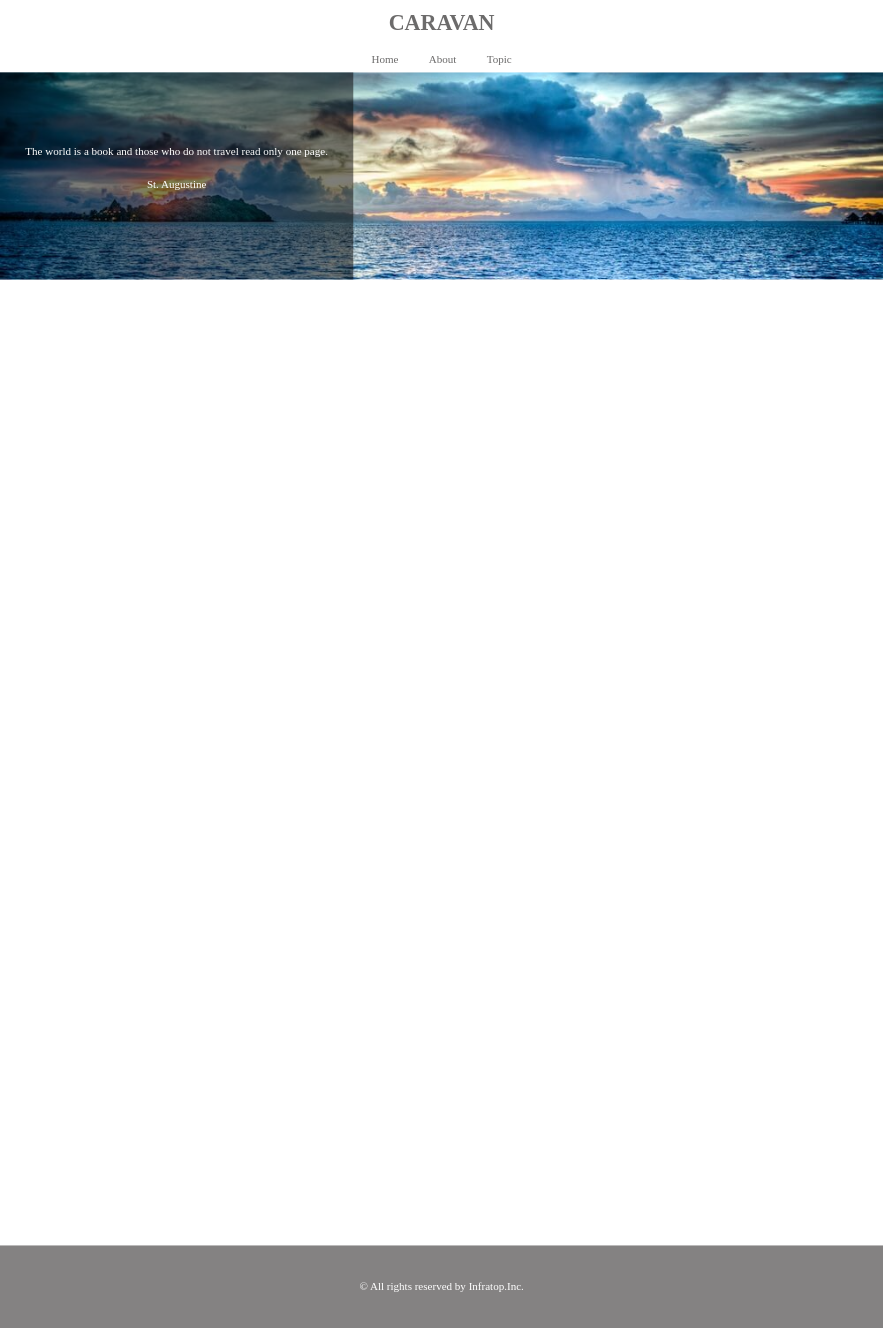
Repository: ayakodesu/html-practice
Page: caravan/index.html
The author's editor kept a record of every edit. The page is drawn from the files as they stood at one moment, then again after the next edit.
The browser window is 1280 px wide. The pictures show the whole page, at 69% of full size.

Above is the page before.

### caravan/index.html
<!DOCTYPE html>
<html lang="ja">
  <head>
    <meta charset="UTF-8" />
    <link rel="stylesheet" href="style.css" />
    <title>CARAVAN</title>
  </head>

  <body>

    <header>
      <h1 class="heading">
        <a href="index.html">
          CARAVAN
        </a>
      </h1>
    </header>

    <nav>
      <ul class="nav-list">
        <li class="nav-list-item">
          <a href="index.html">Home</a>
        </li>
        <li class="nav-list-item">About</li>
        <li class="nav-list-item">Topic</li>
      </ul>
    </nav>


    <div class="main-visual">
      <div class="main-visual-content">
        <p class="main-visual-text">
          The world is a book and those who do not travel read only one page.
        </p>
        <p class="main-visual-name">
          St. Augustine
        </p>
        </div>
    </div>

    <div class="main">
      <div class="blog"></div>
      <div class="sidebar"></div>
    </div>

    <footer>
      <p class="footer-text">© All rights reserved by Infratop.Inc.</p>
    </footer>
  </body>
</html>

### caravan/style.css
/* ブラウザがそれぞれ持っているCSSをリセットするための記述*/
 * {
  margin: 0;
  padding: 0;
  box-sizing: border-box;
  color: #6c6b6b;
}

a {
  text-decoration: none;
}

header {
  width: 90%; /* 横幅90% */
  padding: 15px 0;
  margin: 0 auto;
  text-align: center;
}

header .heading { /* headerタグ内のheadingクラスにのみ反映される */
  font-size: 32px;
}

.nav-list {
  text-align: center;
  padding: 10px 0;
  margin: 0 auto;
}

.nav-list-item {
  list-style: none;
  display: inline-block;
  margin: 0 20px;
}

.main-visual {
  width: 100%; /* 横幅いっぱい */
  height: 300px; /* 高さ300px */
   background-image: url(img/mv.jpg);
   background-size: cover;
   background-position: center;
}

.main-visual-content {
  width: 40%;
  height: 300px;
  background-color: rgba( 0, 0, 0, 0.5);
  text-align: center;
  padding-top: 105px;
}

.main-visual-text {
  color: #fff; /* 文字色を白に変更 */
}

.main-visual-name {
  margin-top: 30px; /* 上側の外側の余白 */
  color: #fff; /* 文字色を白に変更 */
}

.main {
  width: 840px; /* 横幅840px */
  display: flex; /* Flexboxの利用 */
  justify-content: center; /* 要素の横並び・中央寄せ */
  margin: 0 auto; /* 中央寄せ（左右に余白がないとできない） */
}

.blog {
  width: 600px; /* 横幅600px */
  height: 1400px; /* 高さ1400px */
}

.sidebar {
  width: 240px; /* 横幅240px */
  height: 1400px; /* 高さ1400px */
}

footer {
  width: 100%;
  height: 120px;
  text-align: center;
  line-height: 120px;
  background-color: #848282;
}

.footer-text {
  color: #fff;
}

After the next edit:
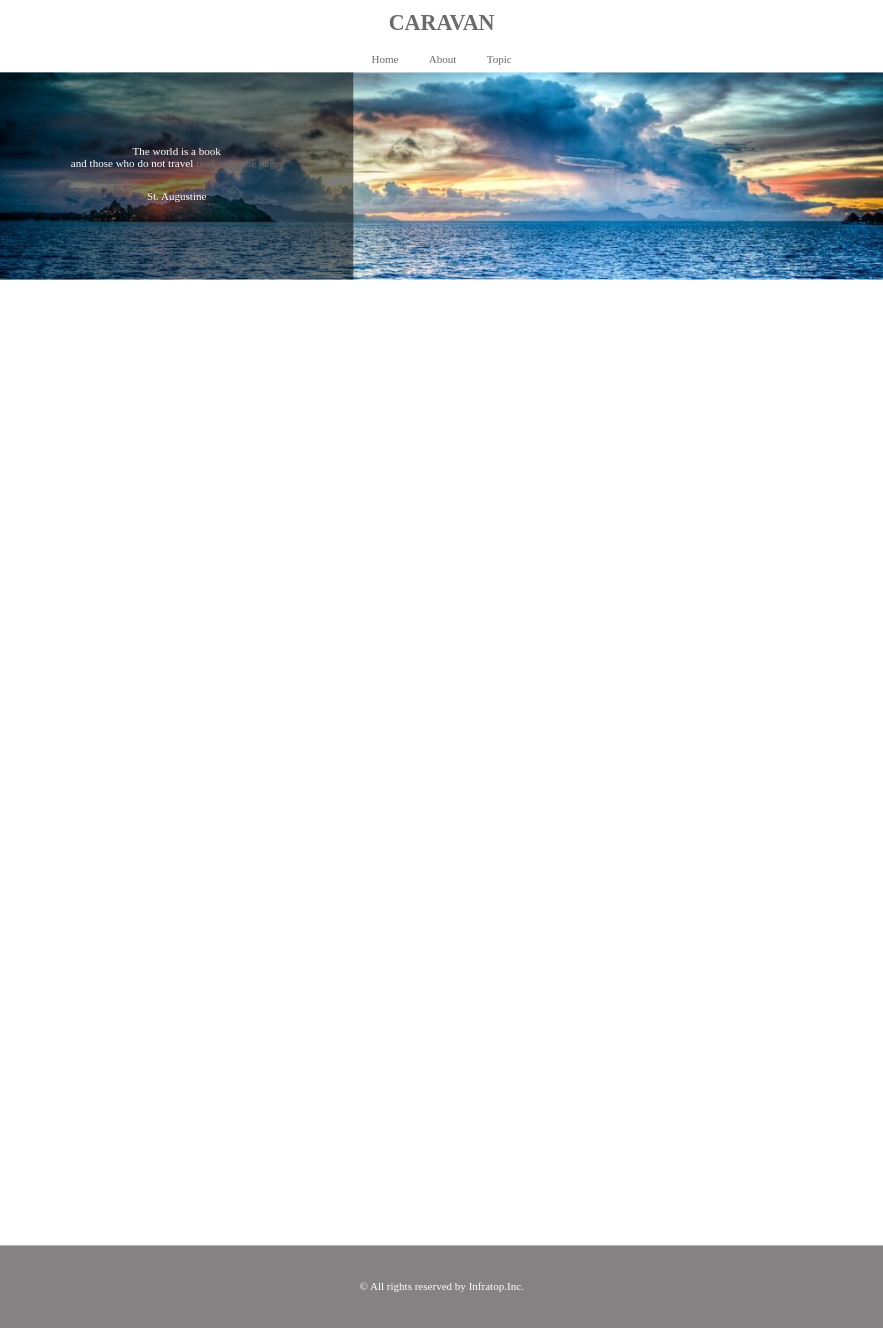
The edit:
--- a/caravan/index.html
+++ b/caravan/index.html
@@ -30,7 +30,9 @@
     <div class="main-visual">
       <div class="main-visual-content">
         <p class="main-visual-text">
-          The world is a book and those who do not travel read only one page.
+          The world is a book<br />
+          and those who do not travel<be />
+          read only one page.
         </p>
         <p class="main-visual-name">
           St. Augustine
